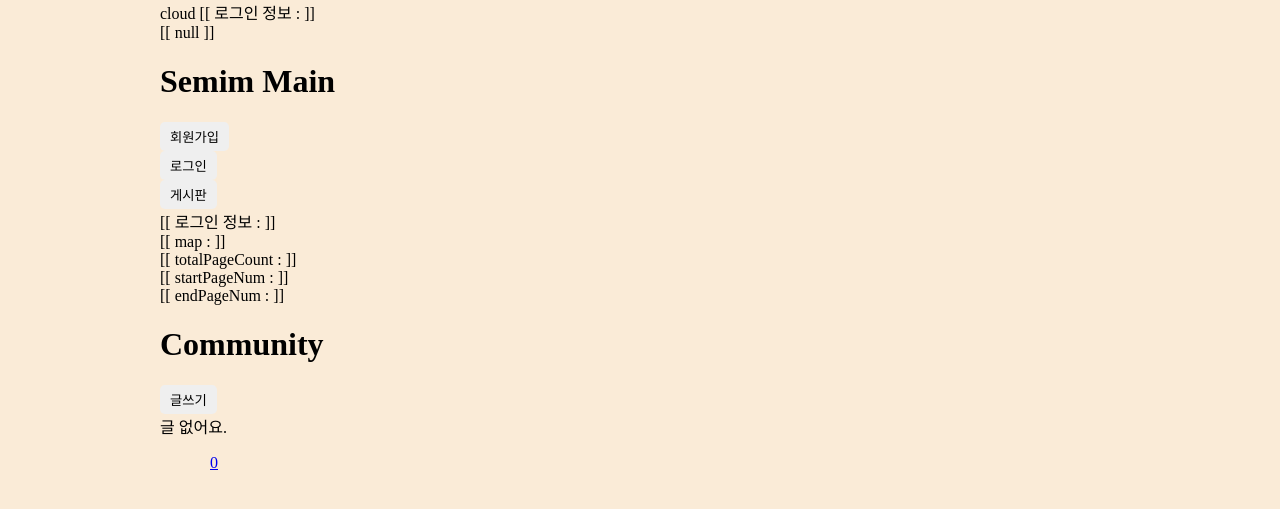
Repository: gigigipung/semim
Page: http://localhost/semim/WEB-INF/community/list.jsp
An editor plug-in stored every save of this project. The page is shown before and after the next save, followed by the edit.
The browser window is 1280 px wide. The pictures show the whole page.
The page is served by Tomcat 9. Nobody is signed in. The template is opened directly, without the code that normally fills it, so the values that code supplies are empty.

Above is the page before, as saved 2024-04-30 01:34:03.

After the next save:
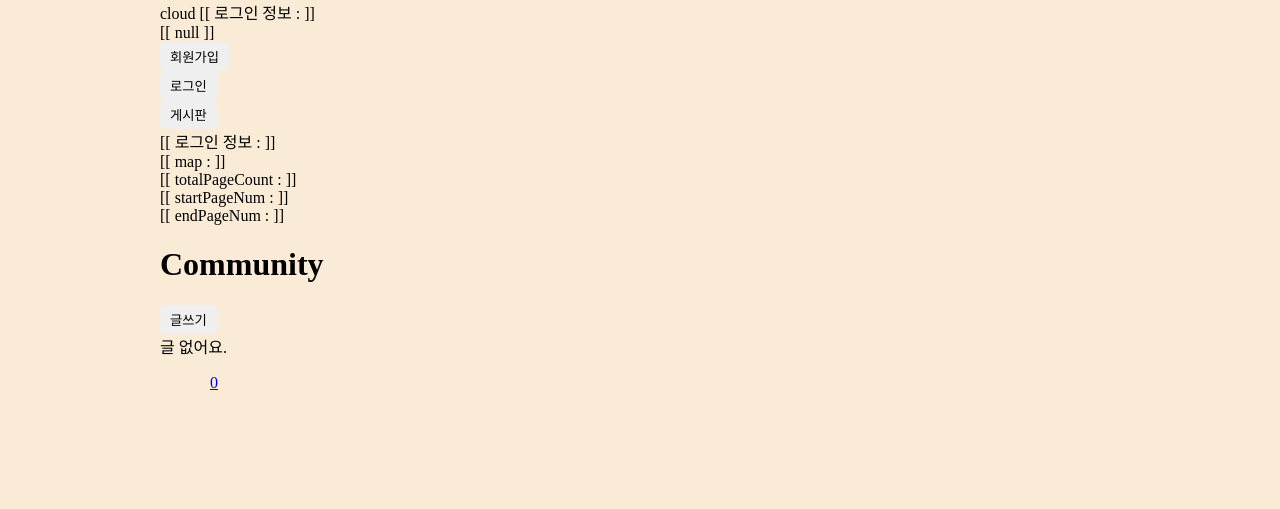
Saved 7 s later.
--- a/semim/src/main/webapp/WEB-INF/header.jsp
+++ b/semim/src/main/webapp/WEB-INF/header.jsp
@@ -8,9 +8,6 @@ cloud
 [[ 로그인 정보 : ${sss} ]]<br>
 [[ <%=session.getAttribute("sss") %> ]]
 
-
-
-<h1>Semim Main</h1>
 <c:choose>
 	<c:when test="${empty sss }">
 		<div><button class="btn join">회원가입</button></div>
